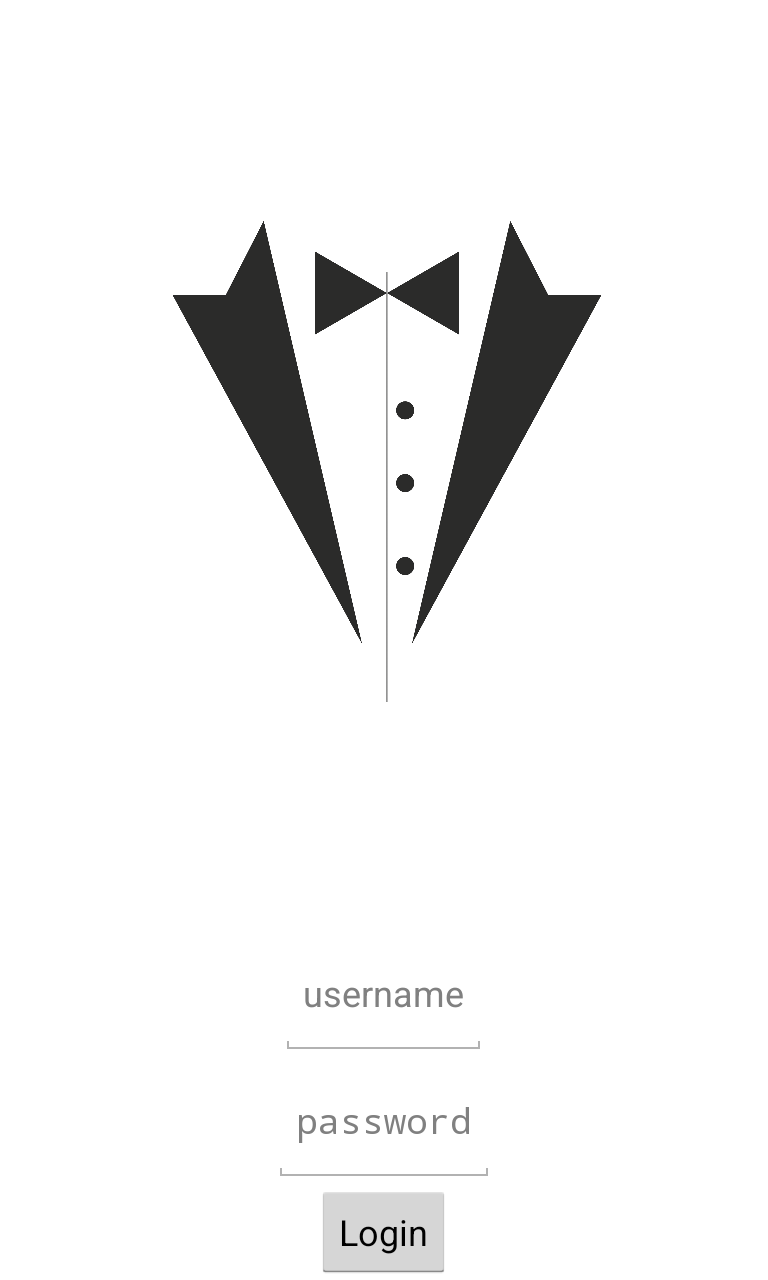
Repository: oszalex/SpryAndroid
Layout: android/Bro/res/layout/activity_main.xml
These files come from the project's save history. The layout is drawn as it stood at one moment and after the next save; the edit follows.
It is drawn on a 768 x 1280 px phone screen (xhdpi) without system bars, with theme AppTheme; the app's code is not run.

Above is the layout before, as saved 2014-01-21 16:29:20.

### android/Bro/res/layout/activity_main.xml
<LinearLayout xmlns:android="http://schemas.android.com/apk/res/android"
    xmlns:tools="http://schemas.android.com/tools"
    android:layout_width="match_parent"
    android:layout_height="match_parent"
    android:orientation="vertical" >

    <ImageView
        android:id="@+id/logo"
        android:layout_width="256dp"
        android:layout_height="256dp"
        android:layout_gravity="center_horizontal"
        android:layout_weight="3"
        android:contentDescription="@string/logo_description"
        android:src="@drawable/logo" />

    <EditText
        android:id="@+id/edit_username"
        android:layout_width="wrap_content"
        android:layout_height="0dp"
        android:layout_gravity="center_horizontal"
        android:layout_marginTop="20dp"
        android:layout_weight="1"
        android:hint="@string/edit_username" />

    <EditText
        android:id="@+id/edit_password"
        android:layout_width="wrap_content"
        android:layout_height="0dp"
        android:layout_gravity="center_horizontal"
        android:layout_weight="1"
        android:hint="@string/edit_password"
        android:inputType="textPassword" />

    <Button
        android:layout_width="wrap_content"
        android:layout_height="wrap_content"
        android:layout_gravity="center_horizontal"
        android:text="@string/button_login" />

</LinearLayout>

### android/Bro/res/values/strings.xml
<?xml version="1.0" encoding="utf-8"?>
<resources>

    <string name="app_name">Bro</string>
    <string name="action_settings">Settings</string>
    <string name="edit_username">username</string>
    <string name="edit_password">password</string>
    <string name="button_login">Login</string>
    <string name="logo_description">Bro-Logo</string>

</resources>

Loaded but not shown: android/Bro/res/values/styles.xml (common file); android/Bro/res/values-v11/styles.xml (common file); android/Bro/res/values-v14/styles.xml (common file)

After the next save:
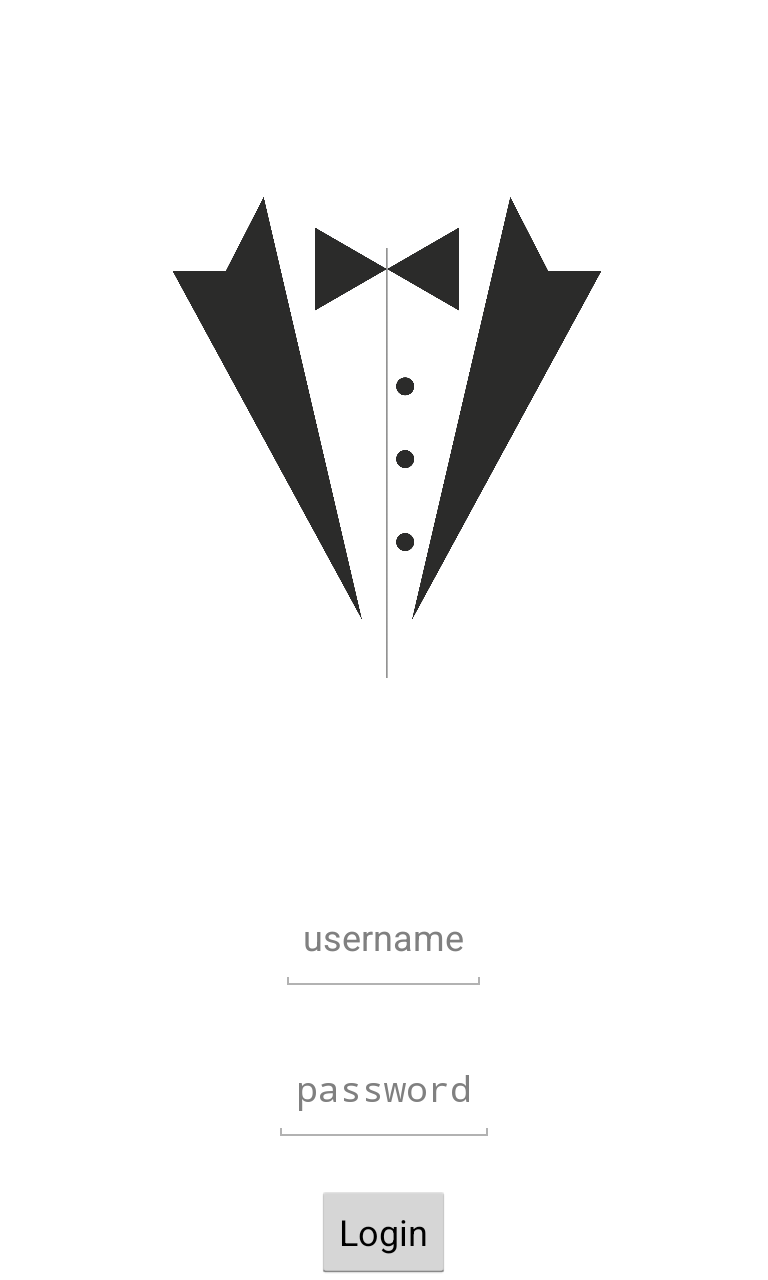
Saved 6 s later.
--- a/android/Bro/res/layout/activity_main.xml
+++ b/android/Bro/res/layout/activity_main.xml
@@ -27,6 +27,7 @@
         android:layout_width="wrap_content"
         android:layout_height="0dp"
         android:layout_gravity="center_horizontal"
+        android:layout_marginTop="20dp"
         android:layout_weight="1"
         android:hint="@string/edit_password"
         android:inputType="textPassword" />
@@ -34,6 +35,7 @@
     <Button
         android:layout_width="wrap_content"
         android:layout_height="wrap_content"
+         android:layout_marginTop="20dp"
         android:layout_gravity="center_horizontal"
         android:text="@string/button_login" />
 
